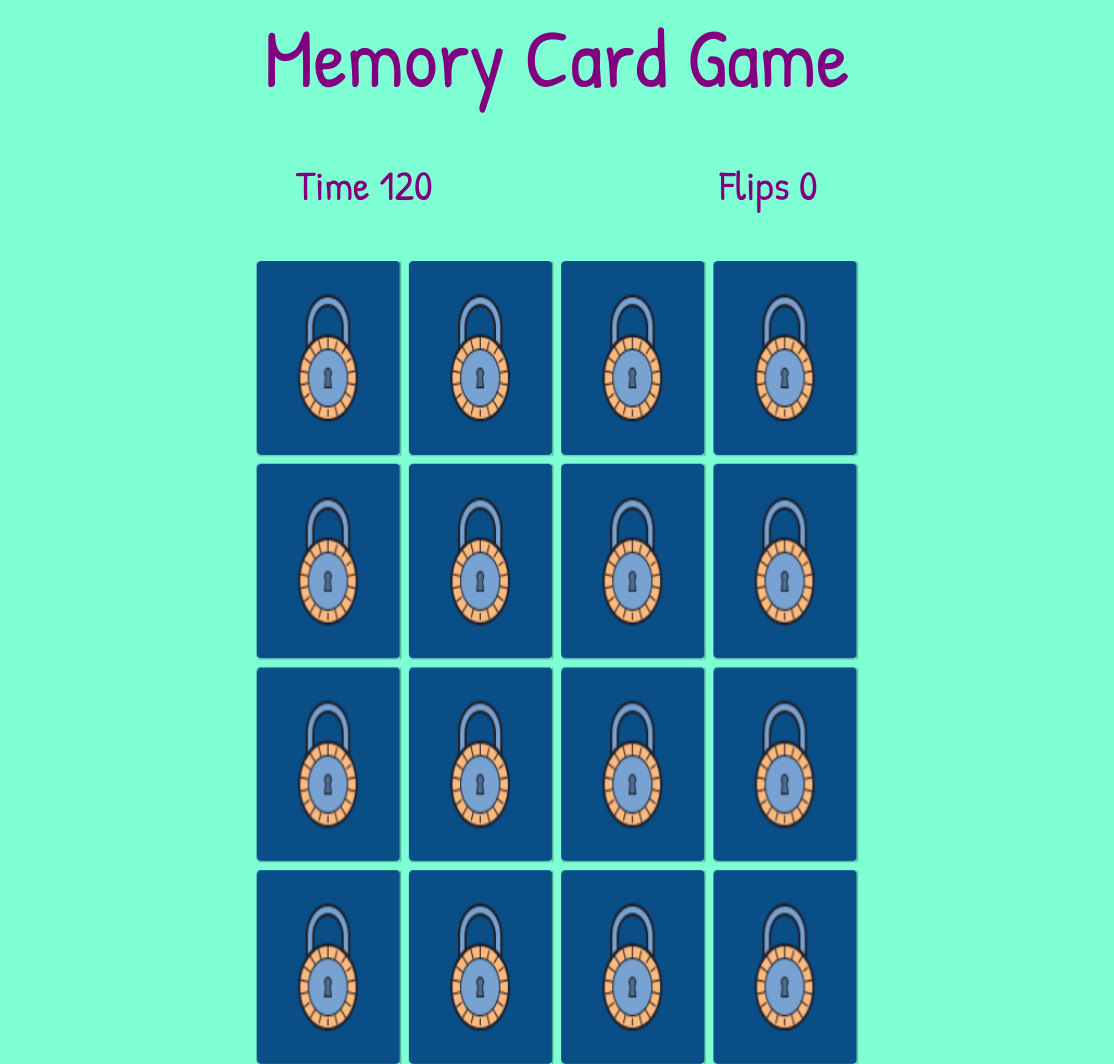
Repository: claudiadanaila1/Project-2--Interactive-FrontEnd---Memory-game
Page: index.html
The author's editor kept a record of every edit. The page is drawn from the files as they stood at one moment, then again after the next edit.
The browser window is 1280 px wide. The pictures show the whole page, at 87% of full size.

Above is the page before.

### index.html
<!DOCTYPE html>
<html lang="en">
<head>
    <meta charset="UTF-8">
    <meta name="viewport" content="width=device-width, initial-scale=1.0">
    <meta http-equiv="X-UA-Compatible" content="ie=edge">
    <link rel="stylesheet" href="css/style.css" type="text/css" />
    <title>Memory Card Game</title>
</head>
<body>
    <h1 class="title">Memory Card Game</h1>

    <div class="game-info-container">
      <div class="game-info">
        Time <span id="time-remaining">120</span>
      </div>
      <div class="game-info">
        Flips <span id="flips">0</span>
      </div>
    </div>

  <section class="memory-game">
      <div class="memory-card">
          <img class="card-front" src="assets/images/jelly1.jpg" alt="jelly-fish"/>
          <img class="card-back"  src="assets/images/icon8-lock.png" alt="lock" />
      </div>
      <div class="memory-card">
          <img class="card-front" src="assets/images/jelly1.jpg" alt="jelly-fish"/>
          <img class="card-back"  src="assets/images/icon8-lock.png" alt="lock" />
      </div>
      <div class="memory-card">
          <img class="card-front" src="assets/images/jelly2.jpg" alt="jelly-fish"/>
          <img class="card-back"  src="assets/images/icon8-lock.png" alt="lock" />
      </div>
      <div class="memory-card">
          <img class="card-front" src="assets/images/jelly2.jpg" alt="jelly-fish"/>
          <img class="card-back"  src="assets/images/icon8-lock.png" alt="lock" />
      </div>
      <div class="memory-card">
          <img class="card-front" src="assets/images/jelly3.jpg" alt="jelly-fish"/>
          <img class="card-back"  src="assets/images/icon8-lock.png" alt="lock" />
      </div>
      <div class="memory-card">
          <img class="card-front" src="assets/images/jelly3.jpg" alt="jelly-fish"/>
          <img class="card-back"  src="assets/images/icon8-lock.png" alt="lock" />
      </div>
      <div class="memory-card">
          <img class="card-front" src="assets/images/jelly4.jpg" alt="jelly-fish"/>
          <img class="card-back"  src="assets/images/icon8-lock.png" alt="lock" />
      </div>
      <div class="memory-card">
          <img class="card-front" src="assets/images/jelly4.jpg" alt="jelly-fish"/>
          <img class="card-back"  src="assets/images/icon8-lock.png" alt="lock" />
      </div>
      <div class="memory-card">
          <img class="card-front" src="assets/images/jelly5.jpg" alt="jelly-fish"/>
          <img class="card-back"  src="assets/images/icon8-lock.png" alt="lock" />
      </div>
      <div class="memory-card">
          <img class="card-front" src="assets/images/jelly5.jpg" alt="jelly-fish"/>
          <img class="card-back"  src="assets/images/icon8-lock.png" alt="lock" />
      </div>
      <div class="memory-card">
          <img class="card-front" src="assets/images/jelly6.jpg" alt="jelly-fish"/>
          <img class="card-back"  src="assets/images/icon8-lock.png" alt="lock" />
      </div>
      <div class="memory-card">
          <img class="card-front" src="assets/images/jelly6.jpg" alt="jelly-fish"/>
          <img class="card-back"  src="assets/images/icon8-lock.png" alt="lock" />
      </div>
      <div class="memory-card">
          <img class="card-front" src="assets/images/jelly7.jpg" alt="jelly-fish"/>
          <img class="card-back"  src="assets/images/icon8-lock.png" alt="lock" />
      </div>
       <div class="memory-card">
          <img class="card-front" src="assets/images/jelly7.jpg" alt="jelly-fish"/>
          <img class="card-back"  src="assets/images/icon8-lock.png" alt="lock" />
      </div>
      <div class="memory-card">
          <img class="card-front" src="assets/images/jelly8.jpg" alt="jelly-fish"/>
          <img class="card-back"  src="assets/images/icon8-lock.png" alt="lock" />
      </div>
      <div class="memory-card">
          <img class="card-front" src="assets/images/jelly8.jpg" alt="jelly-fish"/>
          <img class="card-back"  src="assets/images/icon8-lock.png" alt="lock" />
      </div>

  </section>

</body>
</html>

### css/style.css
@import url('https://fonts.googleapis.com/css?family=Patrick+Hand&display=swap');


* {
    padding:0;
    margin:0;
    box-sizing: border-box;
}

html {
   height: 100vh;
    display: flex;
    background-color:aquamarine;
}

body{
    margin:auto;
    justify-content:center;
}

.title {
    font-family:"Patrick Hand", sans-serif;
    font-size: 6em;
    text-align: center;
    font-weight: normal;
    color:purple;
}

.game-info-container {
    grid-column: 1/-1;
    justify-content: space-between;
    display: flex;
    margin:50px;
}

.game-info {
    font-family: "Patrick Hand", sans-serif;
    font-size:3em;
    color:purple;
}

.memory-game {
    height:700px;
    width:700px;
    margin:auto;
    display:flex;
    flex-wrap: wrap;
    perspective:1000px;
}

.memory-card {
  width: calc(25% - 10px);
  height: calc(33.333% - 10px);
  margin: 5px;
  position: relative;
  transform: scale(1);
  transform-style: preserve-3d;
  transition: transform .5s;
  box-shadow: 1px 1px 1px rgba(0,0,0,.3);
}

.memory-card:active {
  transform: scale(0.96);
  transition: transform .3s;
}

.memory-card.flip {
  transform: rotateY(180deg);
}

.card-front,
.card-back {
  width: 100%;
  height: 100%;
  padding: 20px;
  position: absolute;
  border-radius: 5px;
  background: #0a4e88;
  backface-visibility: hidden;
}

.card-front {
  transform: rotateY(180deg);
}

After the next edit:
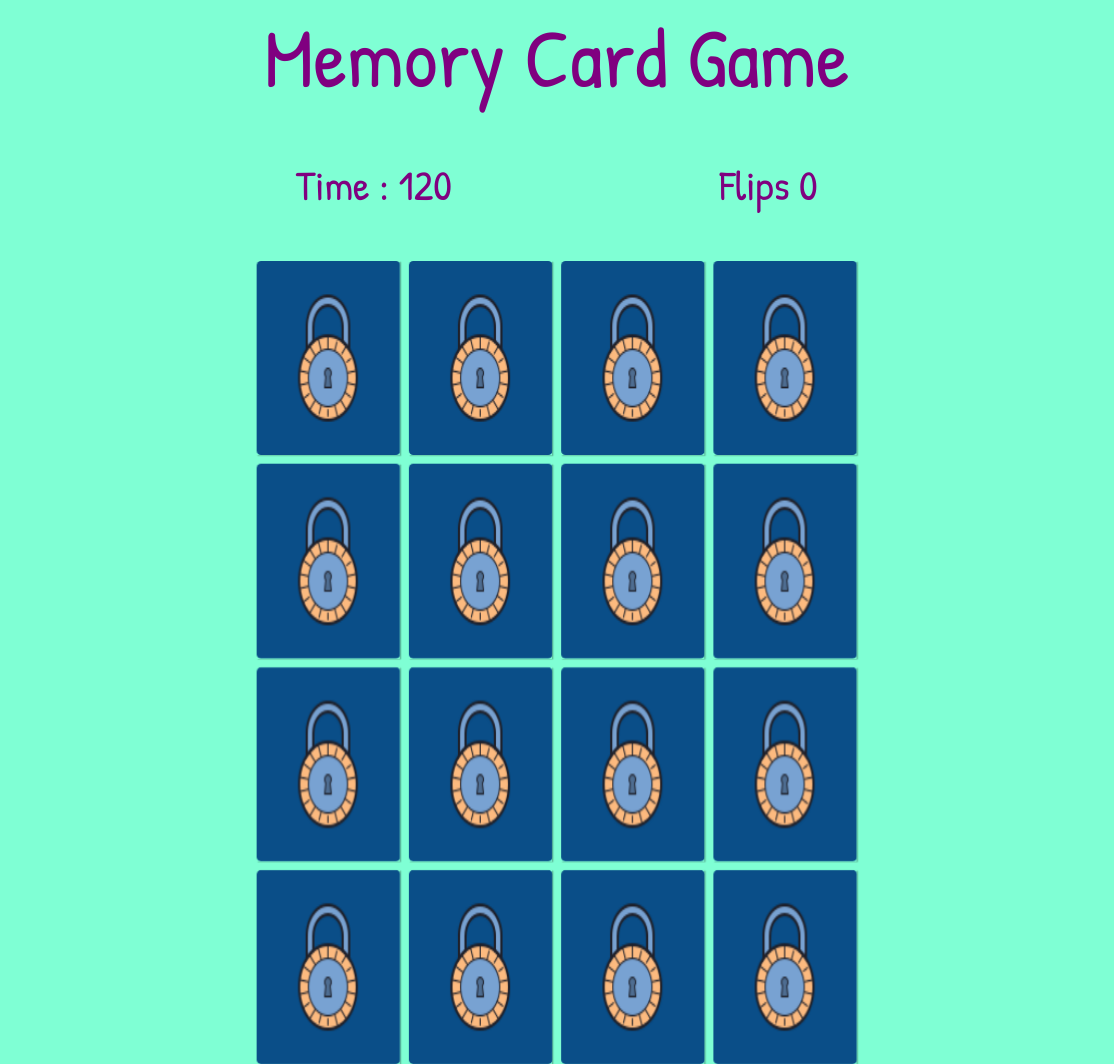
The edit:
--- a/index.html
+++ b/index.html
@@ -12,7 +12,7 @@
 
     <div class="game-info-container">
       <div class="game-info">
-        Time <span id="time-remaining">120</span>
+        Time : <span id="time-remaining">120</span>
       </div>
       <div class="game-info">
         Flips <span id="flips">0</span>
